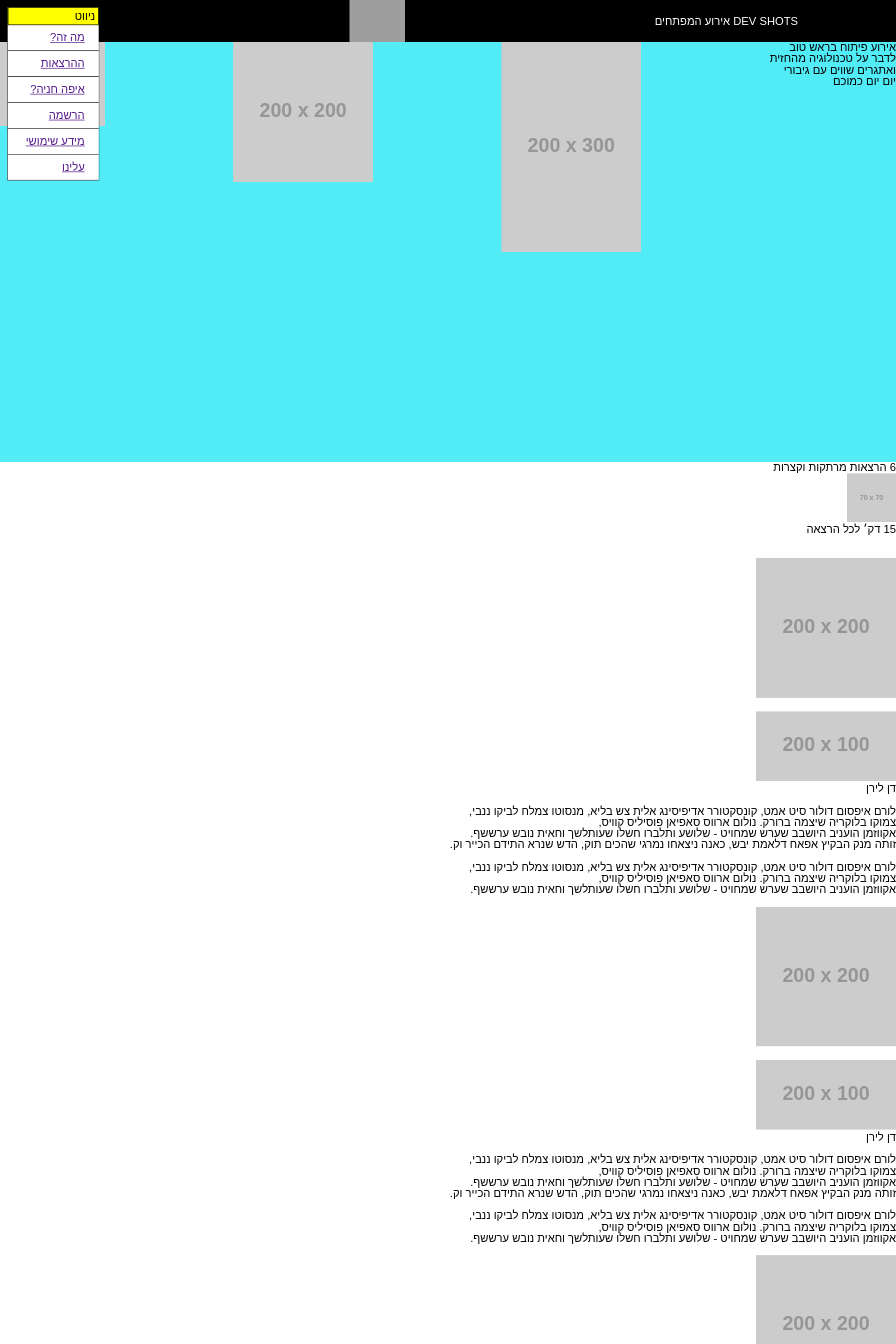
Repository: Julian-Escobar/DevShots
Page: index.html
The author's editor kept a copy of each file at every save. The page is drawn from the files as they stood at one save, then again after the next save.
The browser window is 1280 px wide. The pictures show the part of the page from y = 0 to 1920 px (the page is 6123 px tall), at 70% of full size.
Pictures or frames that could not be fetched are drawn as grey boxes.

Above is the page before, as saved 2018-08-28 20:02:26.

After the next save:
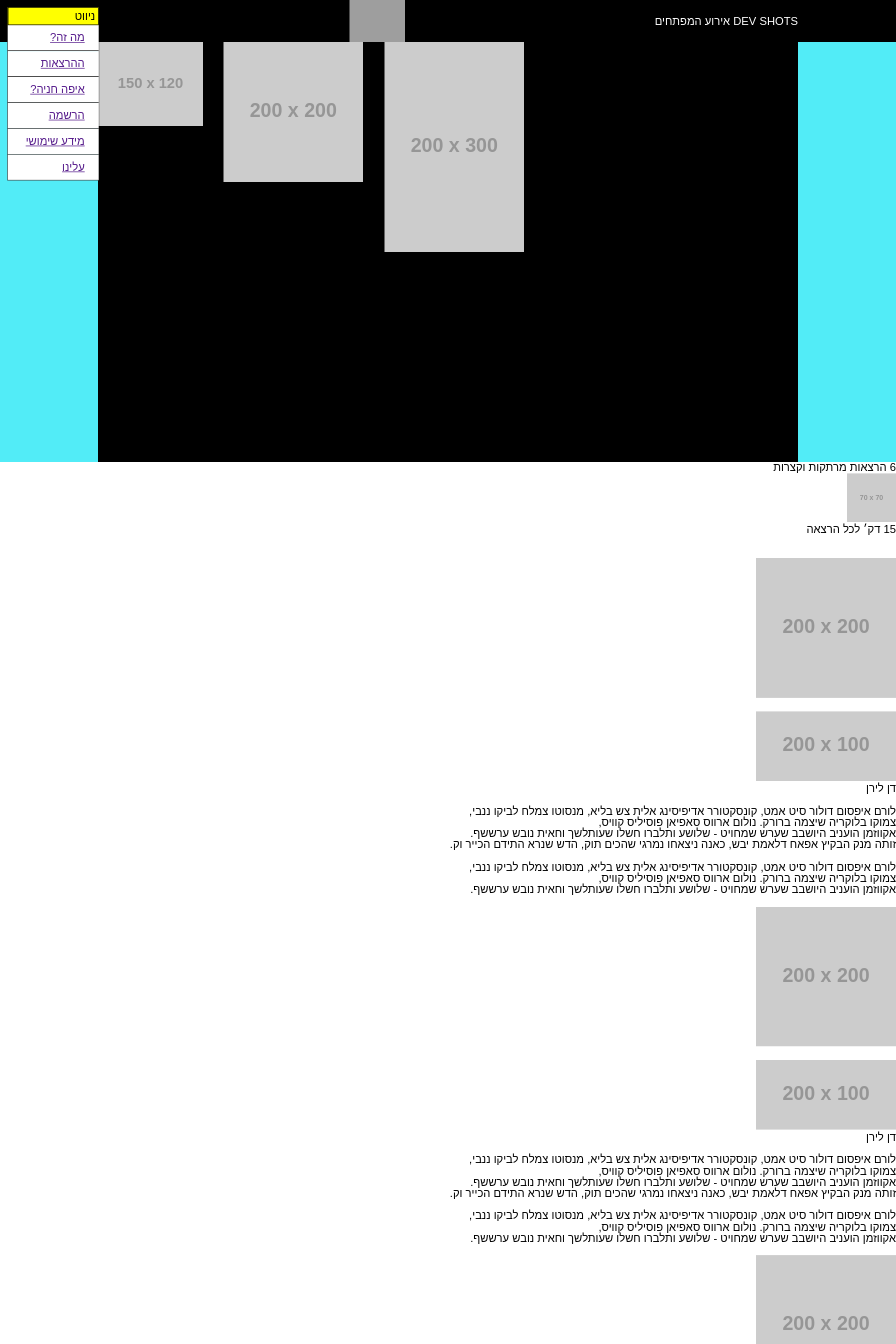
Saved 3 s later.
--- a/index.html
+++ b/index.html
@@ -31,16 +31,20 @@
        </header> </section>
 
        <!--section 1-->
+
        <section class="wrapper2" >
-               <div> <h1 class="secondtitle">אירוע פיתוח בראש טוב</h1>
+             <div class="container2">   <h1 class="secondtitle">אירוע פיתוח בראש טוב</h1>
                      <p> לדבר על טכנולוגיה מהחזית <br>ואתגרים שווים עם גיבורי<br> יום יום כמוכם</p>
-               </div>
+
           <a class="robot 1"href="https://placeholder.com"><img src="https://via.placeholder.com/200x300" alt="robot1 image"></a>
           <a class="robot 2"href="https://placeholder.com"><img src="https://via.placeholder.com/200x200" alt="robot2 image"></a>
           <a class="robot 3"href="https://placeholder.com"><img src="https://via.placeholder.com/150x120" alt="robot3 image"></a>
-       </section>
+             </div> </section>
+
+
 
               <!--section 2 lectures-->
+
         <section class="section2 conteiner">
                     <h3>6 הרצאות מרתקות וקצרות</h3>
                     <div class="lecture time"> <a class="clock icon"href="https://placeholder.com"><img src="https://via.placeholder.com/70x70"alt="clock icon"> </a>
